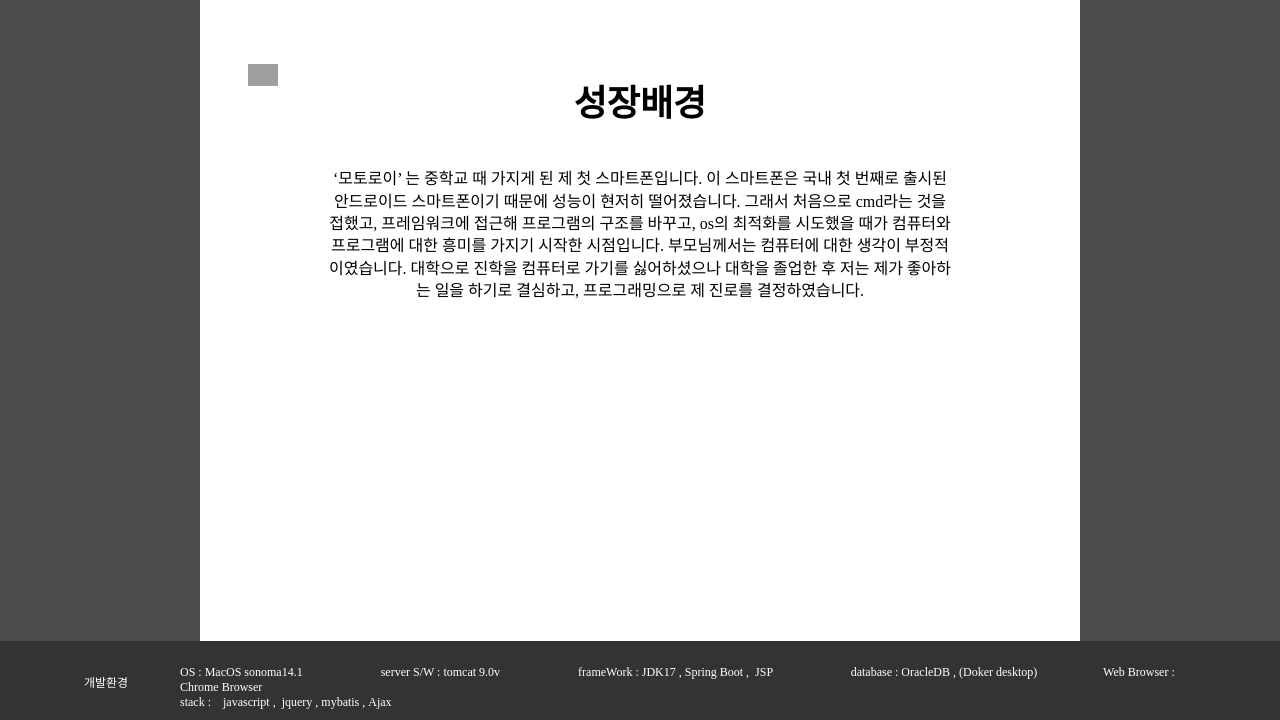
Repository: LeeHaNeul96/Leehaneul
Page: http://localhost/com.introduce/WEB-INF/views/more2.jsp
The author's editor kept a copy of each file at every save. The page is drawn from the files as they stood at one save, then again after the next save.
The browser window is 1280 px wide. The pictures show the whole page.
Pictures or frames that could not be fetched are drawn as grey boxes. The page is served by Tomcat 9. Nobody is signed in. The template is opened directly, without the code that normally fills it, so the values that code supplies are empty.

Above is the page before, as saved 2023-10-31 10:19:39.
Console error: ReferenceError: $h2Elements is not defined

After the next save:
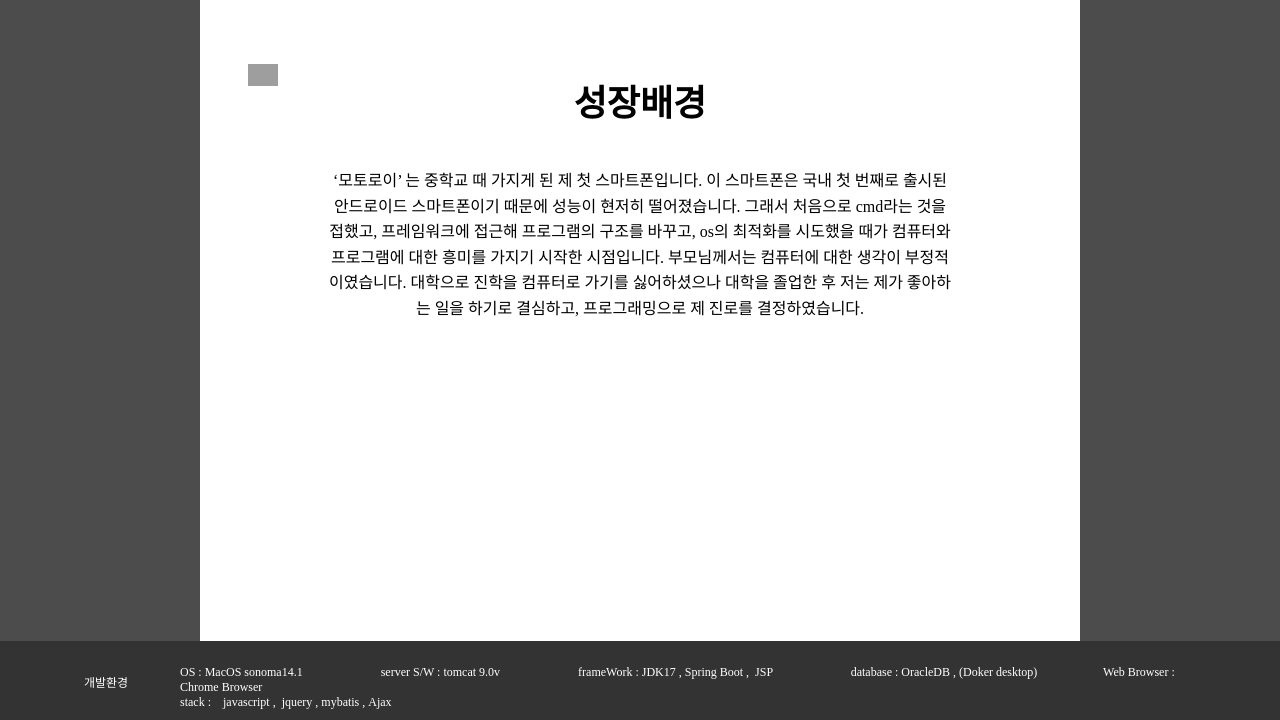
Saved 10 s later.
--- a/com.introduce/src/main/webapp/WEB-INF/views/more2.jsp
+++ b/com.introduce/src/main/webapp/WEB-INF/views/more2.jsp
@@ -77,7 +77,7 @@ margin-top: 0;
 text-align: center;
 margin-right: 20em;
 margin-left: 20em;
-line-height: 1.4;
+line-height: 1.6;
 }
 </style>
 </head>
